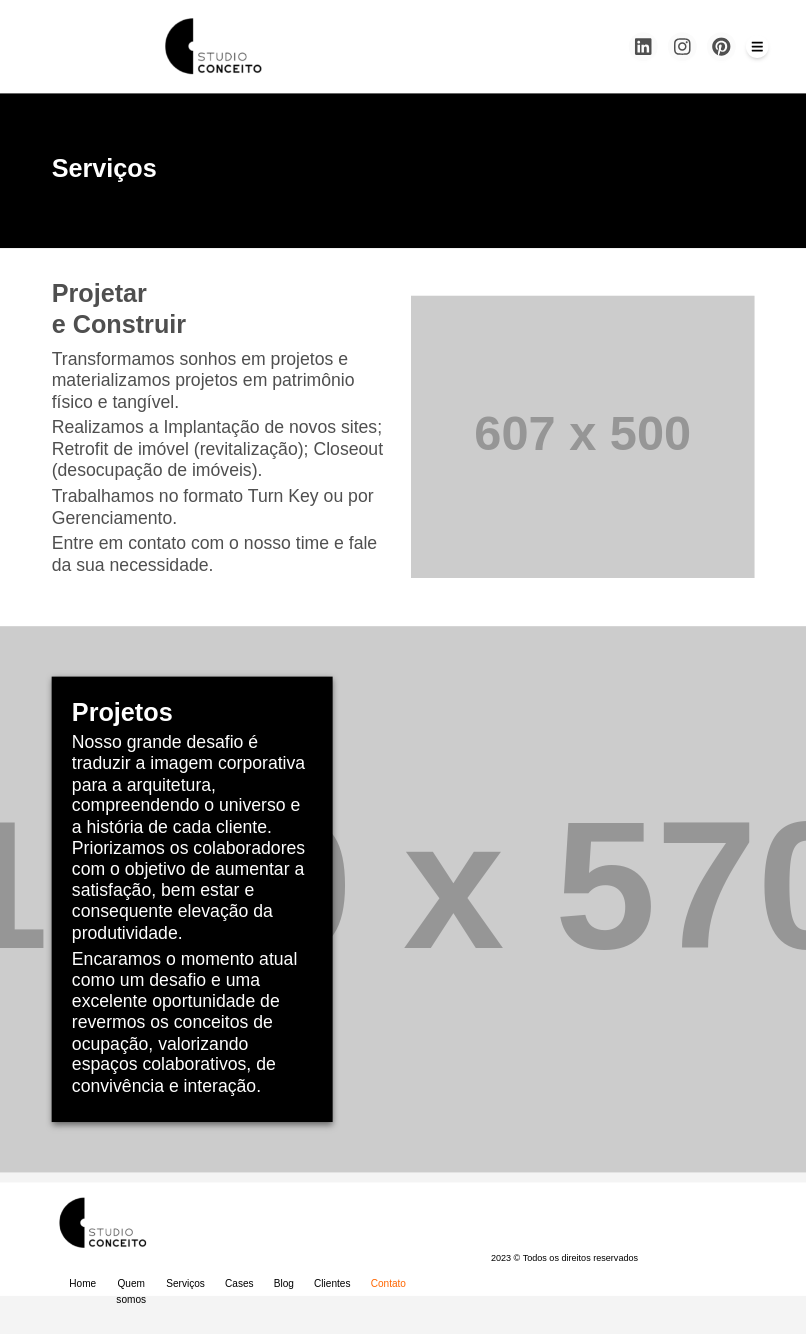
Repository: Upstairs-Agencia/studio-conceito-react
Page: /servicos
An editor plug-in stored every save of this project. The page is shown before and after the next save, followed by the edit.
The browser window is 1280 px wide. The pictures show the whole page, at 63% of full size.
The project was rebuilt for these pictures with package versions that can differ from the ones it lists, and the page was loaded fresh each time. Also part of the build but not shown: src/pages/Home.js, src/pages/QuemSomos.js, src/pages/Cases.js, src/pages/Blog.js, src/pages/Clientes.js, src/pages/Contato.js.

Above is the page before, as saved 2024-12-29 03:16:13.

### public/index.html
<!DOCTYPE html>
<html lang="en">
  <head>
    <meta charset="utf-8" />
    <link rel="icon" href="%PUBLIC_URL%/favicon.ico" />
    <meta name="viewport" content="width=device-width, initial-scale=1" />
    <meta name="theme-color" content="#000000" />
    <meta
      name="description"
      content="Web site created using create-react-app"
    />
    <link rel="apple-touch-icon" href="%PUBLIC_URL%/logo192.png" />
    <!--
      manifest.json provides metadata used when your web app is installed on a
      user's mobile device or desktop. See https://developers.google.com/web/fundamentals/web-app-manifest/
    -->
    <link rel="manifest" href="%PUBLIC_URL%/manifest.json" />
    <!--
      Notice the use of %PUBLIC_URL% in the tags above.
      It will be replaced with the URL of the `public` folder during the build.
      Only files inside the `public` folder can be referenced from the HTML.

      Unlike "/favicon.ico" or "favicon.ico", "%PUBLIC_URL%/favicon.ico" will
      work correctly both with client-side routing and a non-root public URL.
      Learn how to configure a non-root public URL by running `npm run build`.
    -->
    <title>Studio Conceito</title>
  </head>
  <body>
    <noscript>You need to enable JavaScript to run this app.</noscript>
    <div id="root"></div>
    <!--
      This HTML file is a template.
      If you open it directly in the browser, you will see an empty page.

      You can add webfonts, meta tags, or analytics to this file.
      The build step will place the bundled scripts into the <body> tag.

      To begin the development, run `npm start` or `yarn start`.
      To create a production bundle, use `npm run build` or `yarn build`.
    -->
  </body>
</html>

### src/index.js

import React from 'react';
import ReactDOM from 'react-dom';
import App from './App';
import 'mdb-react-ui-kit/dist/css/mdb.min.css'; // MDB styles
import './index.css'; // Global styles

ReactDOM.render(
  <React.StrictMode>
    <App />
  </React.StrictMode>,
  document.getElementById('root')
);

### src/App.js

import React from 'react';
import { BrowserRouter as Router, Routes, Route } from 'react-router-dom';
import Home from './pages/Home';
import QuemSomos from './pages/QuemSomos';
import Servicos from './pages/Servicos';
import Cases from './pages/Cases';
import Blog from './pages/Blog';
import Clientes from './pages/Clientes';
import Contato from './pages/Contato';

function App() {
  return (
    <Router>
      <Routes>
        <Route path="/" element={<Home />} />
        <Route path="/quem-somos" element={<QuemSomos />} />
        <Route path="/servicos" element={<Servicos />} />
        <Route path="/cases" element={<Cases />} />
        <Route path="/blog" element={<Blog />} />
        <Route path="/clientes" element={<Clientes />} />
        <Route path="/contato" element={<Contato />} />
      </Routes>
    </Router>
  );
}

export default App;

### src/index.css

body {
  margin: 0;
  font-family: Arial, sans-serif;
  background-color: #f4f4f4;
}

### src/pages/Servicos.js
import React from 'react';
import { MDBContainer, MDBRow, MDBCol } from 'mdb-react-ui-kit';
import Navbar from '../components/navbar';
import Footer from '../components/footer';

const placeholderImage1 = 'https://placehold.co/607x500'; // Imagem ao lado do texto
const placeholderImage2 = 'https://placehold.co/1920x570'; // Imagem de fundo

const Servicos = () => {
  return (
    <div>
      <Navbar />

      {/* Seção de cabeçalho do Blog */}
        <section className="bg-black text-white py-5">
            <MDBContainer>
            <MDBRow
            className="align-items-center"
            style={{ height: '150px'}}>
                <MDBCol md="6">
                <h1 className="fw-bold">Serviços</h1>
                </MDBCol>
            </MDBRow>
            </MDBContainer>
        </section>

      {/* Sessão Projetar e Construir */}
      <section className="py-5 bg-white">
        <MDBContainer>
          <MDBRow className="align-items-center">
            <MDBCol md="6" className="mb-4">
              <h1 className="fw-bold mb-3">Projetar<br />e Construir</h1>
              <h3>
                Transformamos sonhos em projetos e materializamos projetos em patrimônio físico e tangível.
              </h3>
              <h3>
                Realizamos a Implantação de novos sites; Retrofit de imóvel (revitalização); Closeout (desocupação de imóveis).
              </h3>
              <h3>
                Trabalhamos no formato Turn Key ou por Gerenciamento.
              </h3>
              <h3>
                Entre em contato com o nosso time e fale da sua necessidade.
              </h3>
            </MDBCol>
            <MDBCol md="6">
              <img
                src={placeholderImage1}
                alt="Projetar e Construir"
                style={{ width: '100%', height: 'auto' }}
              />
            </MDBCol>
          </MDBRow>
        </MDBContainer>
      </section>

      {/* Sessão Projetos */}
      <section
        style={{
          backgroundImage: `url(${placeholderImage2})`,
          backgroundSize: 'cover',
          backgroundPosition: 'center',
          padding: '5rem 0',
        }}
      >
        <MDBContainer>
          {/* Retângulo com texto */}
          <div
            style={{
              backgroundColor: "black",
              color: "white",
              padding: "2rem",
              width: "40%",
              left: "2rem", // Margem à esquerda
              height: "auto", // Aumenta a altura com base no conteúdo
              boxShadow: "0px 4px 10px rgba(0, 0, 0, 0.5)", // Para criar um efeito de profundidade
            }}
          >
            <h1 className="fw-bold">Projetos</h1>
            <h3>
              Nosso grande desafio é traduzir a imagem corporativa para a arquitetura, compreendendo o universo e a história de cada cliente. Priorizamos os colaboradores com o objetivo de aumentar a satisfação, bem estar e consequente elevação da produtividade.
            </h3>
            <h3>
              Encaramos o momento atual como um desafio e uma excelente oportunidade de revermos os conceitos de ocupação, valorizando espaços colaborativos, de convivência e interação.
            </h3>
          </div>
        </MDBContainer>
      </section>

      <Footer />
    </div>
  );
};

export default Servicos;

### src/components/navbar.js
import React, { useState } from "react";

import Logo from "../images/logoBlack.png";

import {
  MDBNavbar,
  MDBNavbarBrand,
  MDBContainer,
} from "mdb-react-ui-kit";
import { FaLinkedin, FaInstagram, FaPinterest, FaBars } from "react-icons/fa";
import { IoIosClose } from "react-icons/io";
import { Link } from "react-router-dom";

import SeloGptw from "../images/selo-gptw.png";

const Navbar = () => {
  const [showMenu, setShowMenu] = useState(false);

  return (
    <>
      {/* Navbar */}
      <MDBNavbar dark bgColor="white" className="py-4 px-5">
        <MDBContainer fluid className="d-flex justify-content-between align-items-center">
          {/* Logo */}
          <MDBNavbarBrand href="#" className="ms-5">
            <img
              src={Logo}
              alt="Logo"
              style={{ maxHeight: "90px", marginLeft: "12vw"}}
            />
          </MDBNavbarBrand>

          {/* Social Icons and Menu Toggle */}
          <div className="d-flex align-items-center">
            {/* Social Icons */}
            <div className="d-flex gap-3 me-3">
              <button className="btn btn-light rounded-circle p-2">
                <FaLinkedin size={30} />
              </button>
              <button className="btn btn-light rounded-circle p-2">
                <FaInstagram size={30} />
              </button>
              <button className="btn btn-light rounded-circle p-2">
                <FaPinterest size={30} />
              </button>
            </div>

            {/* FaBars Icon for Sidebar */}
            <button
              className="btn rounded-circle p-2"
              style={{
                background: "none",
                border: "none",
                cursor: "pointer",
              }}
              onClick={() => setShowMenu(!showMenu)}
            >
              <FaBars size={20} color="black" />
            </button>
          </div>
        </MDBContainer>
      </MDBNavbar>

      {/* Sidebar Menu */}
      {showMenu && (
        <div
          className="position-fixed top-0 end-0 bg-white vh-100 vw-350 shadow-lg d-flex flex-column"
          style={{ zIndex: 1050, width: "500px" }}
        >
          <div className="d-flex justify-content-end p-3">
            {/* Close Button */}
            <button
              className="p-0"
              style={{
                background: "none",
                border: "none",
                cursor: "pointer",
              }}
              onClick={() => setShowMenu(false)}
            >
              <IoIosClose size={40} />
            </button>
          </div>





          <div className="p-4 flex-grow-1">
            {/* Menu Items */}
            <ul className="list-unstyled">
              {[
                { label: "Home", link: "/" },
                { label: "Quem somos", link: "/quem-somos" },
                { label: "Serviços", link: "/servicos" },
                { label: "Cases", link: "/cases" },
                { label: "Blog", link: "/blog" },
                { label: "Clientes", link: "/clientes" },
                { label: "Contato", link: "/contato" },
              ].map((item, index) => (
                <li key={index} className="py-2">
                  <Link
                    to={item.link}
                    className="text-decoration-none fs-6"
                    style={{
                      transition: "all 0.3s ease-in-out", // Transição suave
                      color:"black"
                    }}
                    onMouseOver={(e) => {
                      e.currentTarget.style.color = "#FF7F30"; // Altera a cor
                      e.currentTarget.style.fontWeight = "bold"; // Negrito
                    }}
                    onMouseOut={(e) => {
                      e.currentTarget.style.color = "black"; // Retorna à cor original
                      e.currentTarget.style.fontWeight = "normal"; // Retira o negrito
                    }}
                  >
                    {item.label}
                  </Link>
                </li>
              ))}
            </ul>
          </div>



          {/* Footer Section */}
          <div className="d-flex justify-content-between align-items-center px-4 pb-4">
            {/* Social Icons */}
            <div className="d-flex gap-3">
              <button className="btn btn-dark rounded-circle p-2">
                <FaLinkedin size={20} color="white" />
              </button>
              <button className="btn btn-dark rounded-circle p-2">
                <FaInstagram size={20} color="white" />
              </button>
              <button className="btn btn-dark rounded-circle p-2">
                <FaPinterest size={20} color="white" />
              </button>
            </div>

            {/* Placeholder Image */}
            <img
              src={SeloGptw}
              alt="Great Place to Work"
              style={{ maxHeight: "200px", marginBottom: "4rem" }}
            />
          </div>
        </div>
      )}
    </>
  );
};

export default Navbar;

### src/components/footer.js
import React from "react";
import { MDBFooter, MDBContainer, MDBRow, MDBCol } from "mdb-react-ui-kit";
import Logo from "../images/logoBlack.png";
import "../styles/footer.css";

const Footer = () => {
  return (
    <MDBFooter className="footer-container text-center text-white">
      <MDBContainer className="p-4 footer-content">

        <MDBRow className="content-signature">
            {/* Logo e Nome */}
            <MDBCol md="4" className="mb-4 footer-left">
                <img
                    src={Logo}
                    alt="Studio Conceito Logo"
                    className="footer-logo"
                />

                {/* Navegação */}
                <MDBCol md="4" className="mb-3 footer-center">
                    <nav className="footer-nav">
                        <a href="/">Home</a>
                        <a href="/quem-somos"> Quem somos </a>
                        <a href="/servicos">Serviços</a>
                        <a href="/cases">Cases</a>
                        <a href="/blog">Blog</a>
                        <a href="/clientes">Clientes</a>
                        <a href="/contato" className="footerHighlight">
                            Contato
                        </a>
                    </nav>
                </MDBCol>

            </MDBCol>

            {/* Direitos Reservados */}
            <MDBCol md="4" className="mb-4 footer-right">
                <p className="mb-0">2023 &copy; Todos os direitos reservados</p>
            </MDBCol>

        </MDBRow>



      </MDBContainer>
    </MDBFooter>
  );
};

export default Footer;

### src/styles/footer.css
.footer-container {
    background-color: white;
    height: 25vh !important; /* Ocupa 30% da altura da tela */
    display: flex;
    justify-content: center;
    align-items: center;
    color: black;
    font-family: Arial, sans-serif;
    margin: 1rem 0;
  }

  .footer-content {
    height: 100%; /* Garante que o conteúdo ocupe toda a altura do footer */
  }

  .content-signature{
    display: flex;
    flex-direction: row;
  }

  .footer-left {
    display: flex;
    flex-direction: column;
  }

  .footer-logo {
    max-width: 40%; /* Aumenta a imagem para 40% de seu tamanho */
    margin-bottom: 10px;
  }


  .footer-center {
    text-align: center;
    margin: 2rem 0;
  }

  .footer-nav{
    display: flex;
    flex-direction: row;
    justify-content: space-around;
    width:35vw;

  }

  .footerHighlight {
    color: #ff6600 !important;
  }

  .footer-nav a {
    margin: 1px 1rem;
    text-decoration: none;
    color: #000;
    font-size: 1rem;
    transition: color 0.3s ease;
  }

  .footer-nav a:hover {
    color: #ff6600;
  }



  .footer-right {
    text-align: center;
    display: flex;
    justify-content: center;
    align-items: center;
    margin-left: 20vw;
    font-size: 0.9rem;
    color: #000;
  }

After the next save:
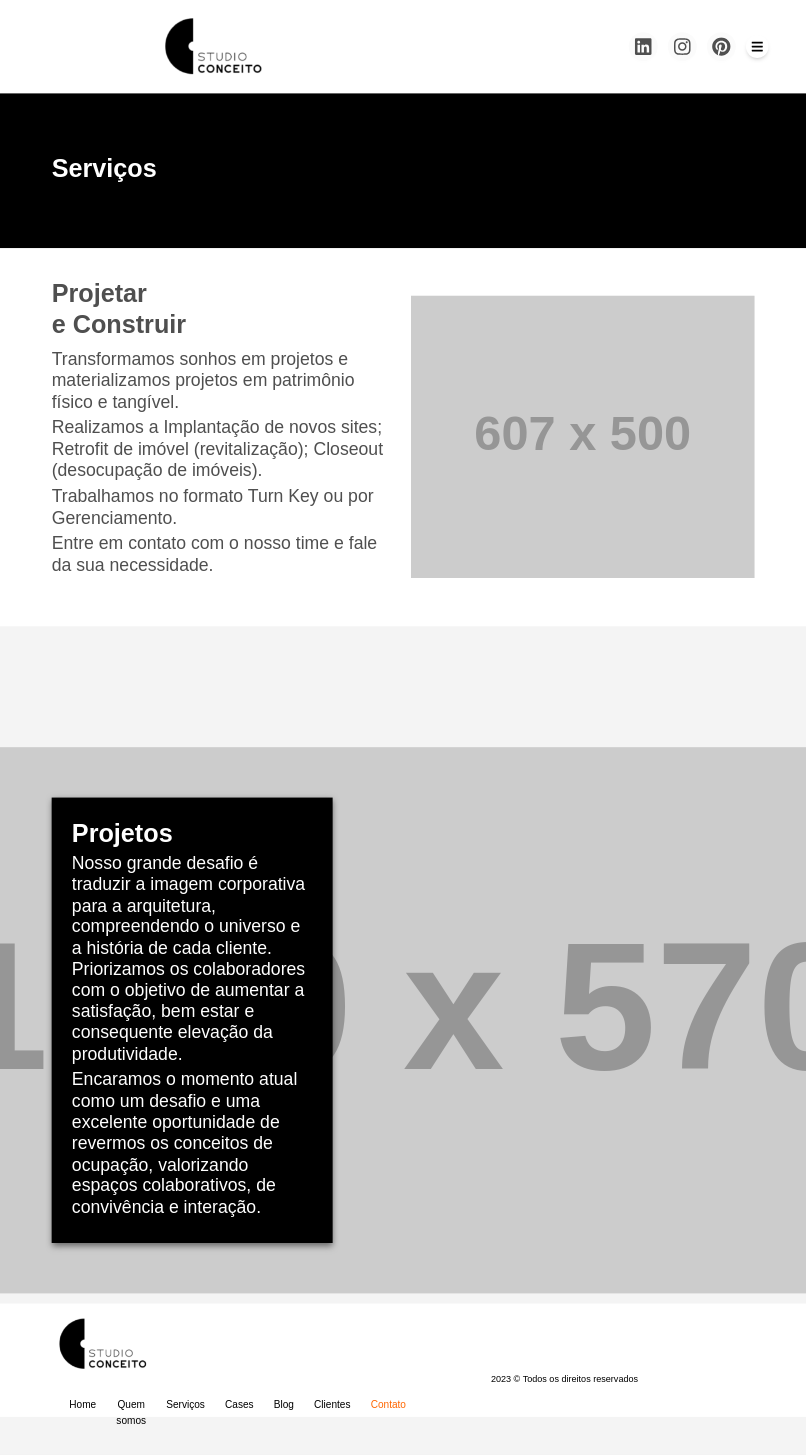
Saved 35 s later.
--- a/src/pages/Servicos.js
+++ b/src/pages/Servicos.js
@@ -61,6 +61,7 @@
           backgroundSize: 'cover',
           backgroundPosition: 'center',
           padding: '5rem 0',
+          marginTop:"12rem"
         }}
       >
         <MDBContainer>

After the save that followed:
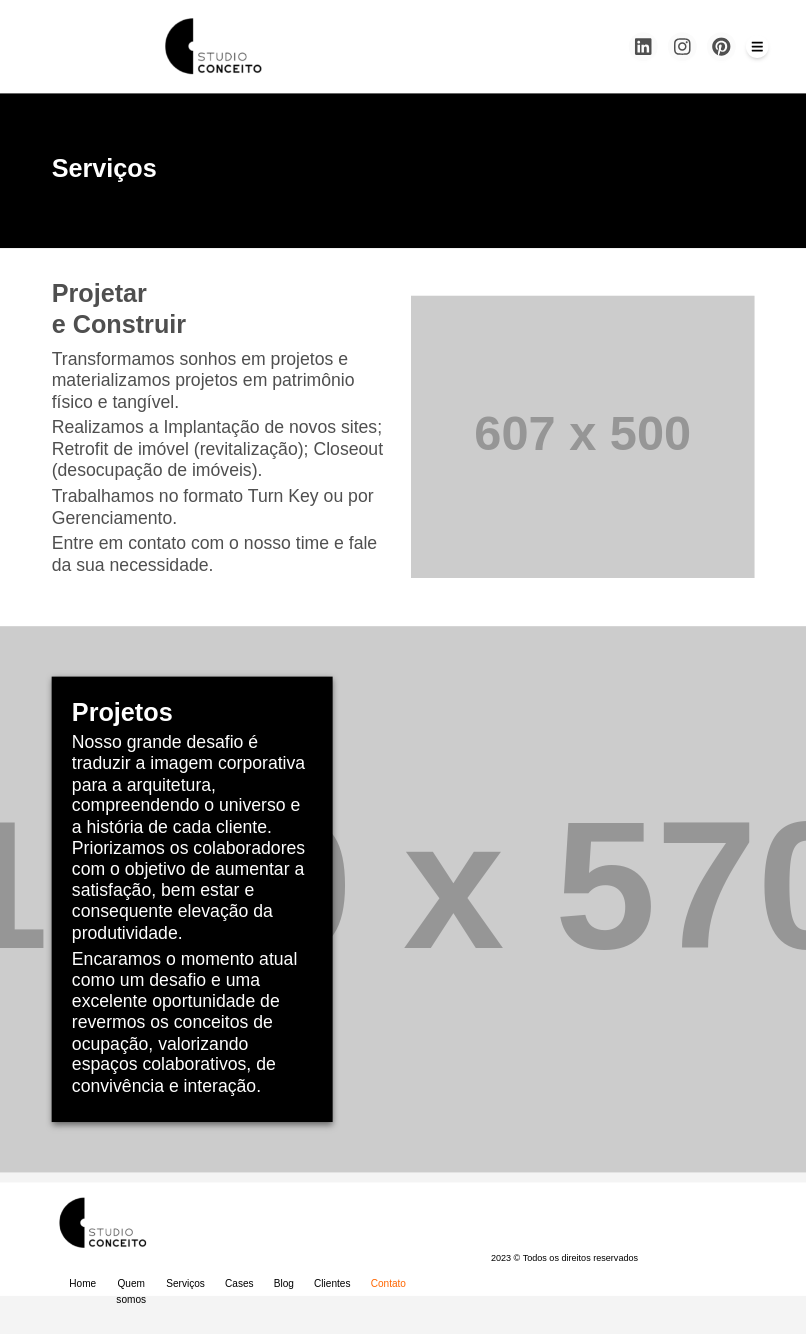
Saved 25 s later.
--- a/src/pages/Servicos.js
+++ b/src/pages/Servicos.js
@@ -61,7 +61,6 @@
           backgroundSize: 'cover',
           backgroundPosition: 'center',
           padding: '5rem 0',
-          marginTop:"12rem"
         }}
       >
         <MDBContainer>
